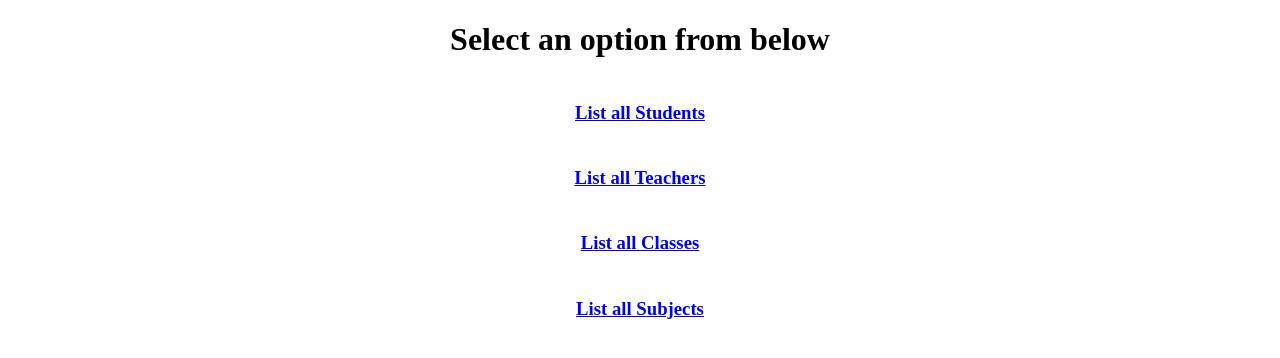
Repository: ashkumar661/Phase-2-Project
Page: http://localhost/crud-example/
These files come from the project's save history. The page is drawn as it stood at one moment and after the next save; the edit follows.
The browser window is 1280 px wide. The pictures show the whole page.
The page is served by Tomcat 9. Other server files are loaded and not shown.

Above is the page before, as saved 2022-05-15 22:20:27.

### crud-example/src/main/webapp/dashboard.jsp
<%@ page language="java" contentType="text/html; charset=ISO-8859-1"
	pageEncoding="ISO-8859-1"%>
<!DOCTYPE HTML PUBLIC "-//W3C//DTD HTML 4.01 Transitional//EN" "http://www.w3.org/TR/html4/loose.dtd">
<html>
<head>
<title>Dashboard</title>
</head>
<body>
<center>
	<h1>Select an option from below</h1>
	<table>
		<th><a href="student-list.jsp"><h3>List all Students</h3></a></th>
		<tr></tr>
		<th><a href="teacher-list.jsp"><h3>List all Teachers</h3></a></th>
		<tr></tr>
		<th><a href="class-list.jsp"><h3>List all Classes</h3></a></th>
		<tr></tr>
		<th><a href="subject-list.jsp"><h3>List all Subjects</h3></a></th>
		<tr></tr>
	</table>
	</center>
</body>
</html>

After the next save:
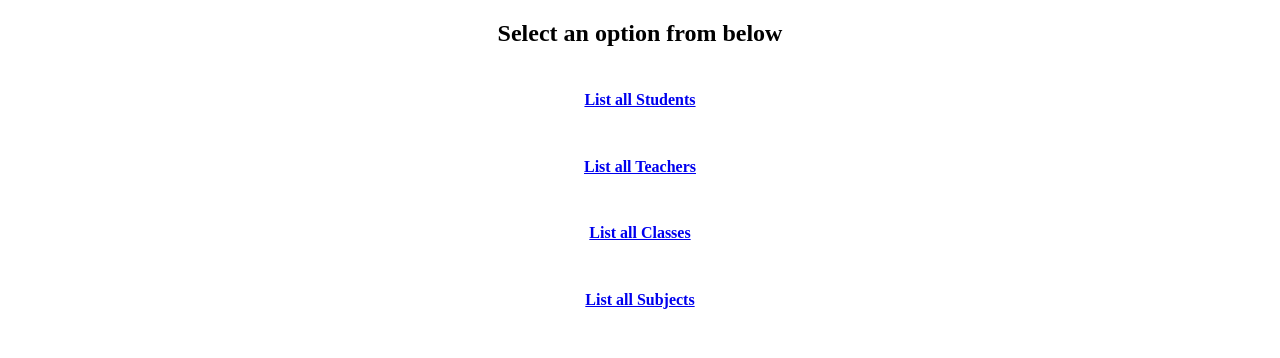
Saved 40 s later.
--- a/crud-example/src/main/webapp/dashboard.jsp
+++ b/crud-example/src/main/webapp/dashboard.jsp
@@ -7,15 +7,15 @@
 </head>
 <body>
 <center>
-	<h1>Select an option from below</h1>
+	<h2>Select an option from below</h1>
 	<table>
-		<th><a href="student-list.jsp"><h3>List all Students</h3></a></th>
+		<th><a href="student-list.jsp"><h4>List all Students</h3></a></th>
 		<tr></tr>
-		<th><a href="teacher-list.jsp"><h3>List all Teachers</h3></a></th>
+		<th><a href="teacher-list.jsp"><h4>List all Teachers</h3></a></th>
 		<tr></tr>
-		<th><a href="class-list.jsp"><h3>List all Classes</h3></a></th>
+		<th><a href="class-list.jsp"><h4>List all Classes</h3></a></th>
 		<tr></tr>
-		<th><a href="subject-list.jsp"><h3>List all Subjects</h3></a></th>
+		<th><a href="subject-list.jsp"><h4>List all Subjects</h3></a></th>
 		<tr></tr>
 	</table>
 	</center>
